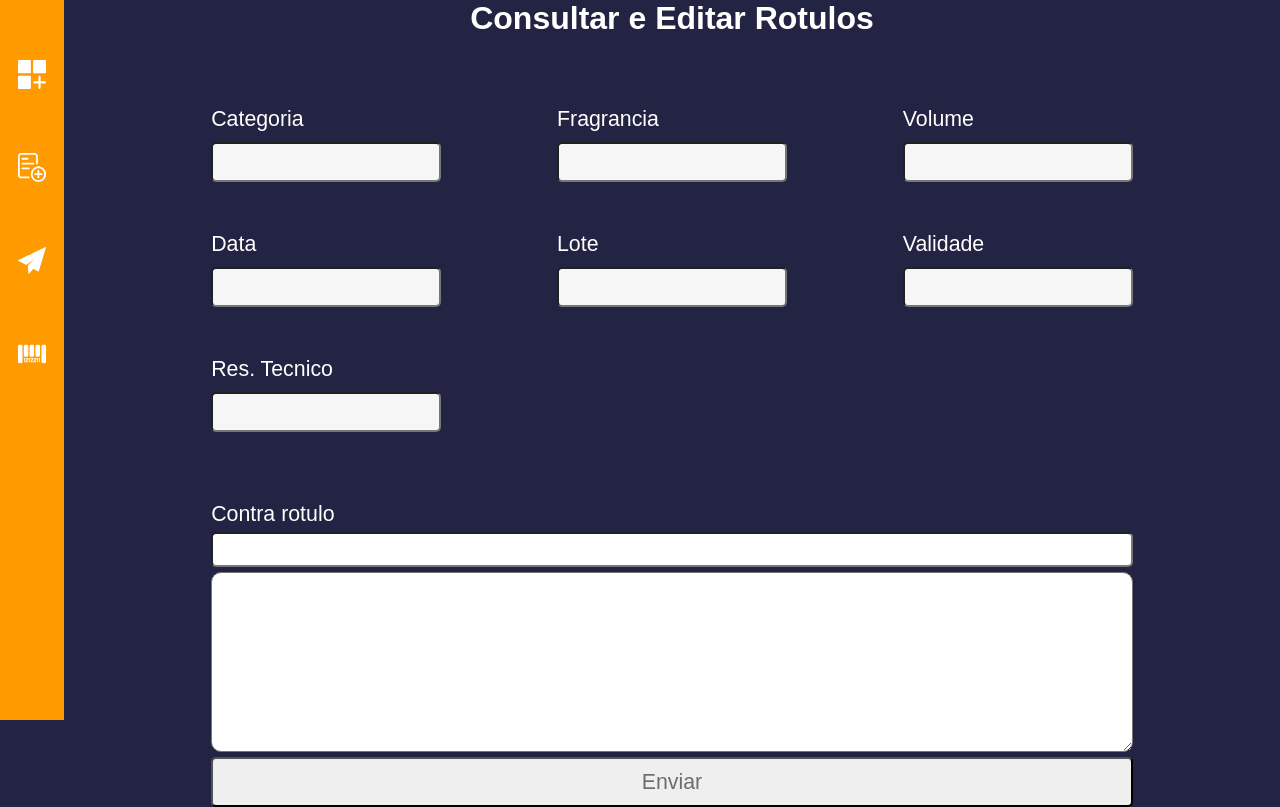
Repository: jeanjanrley/Organizador-de-rotulos
Page: /consultar
The author's editor kept a copy of each file at every save. The page is drawn from the files as they stood at one save, then again after the next save.
The browser window is 1280 px wide. The pictures show the whole page.
The project was rebuilt for these pictures with package versions that can differ from the ones it lists, and the page was loaded fresh each time. Also part of the build but not shown: src/pages/home/Home.js.

Above is the page before, as saved 2021-06-26 15:44:37.

After the next save:
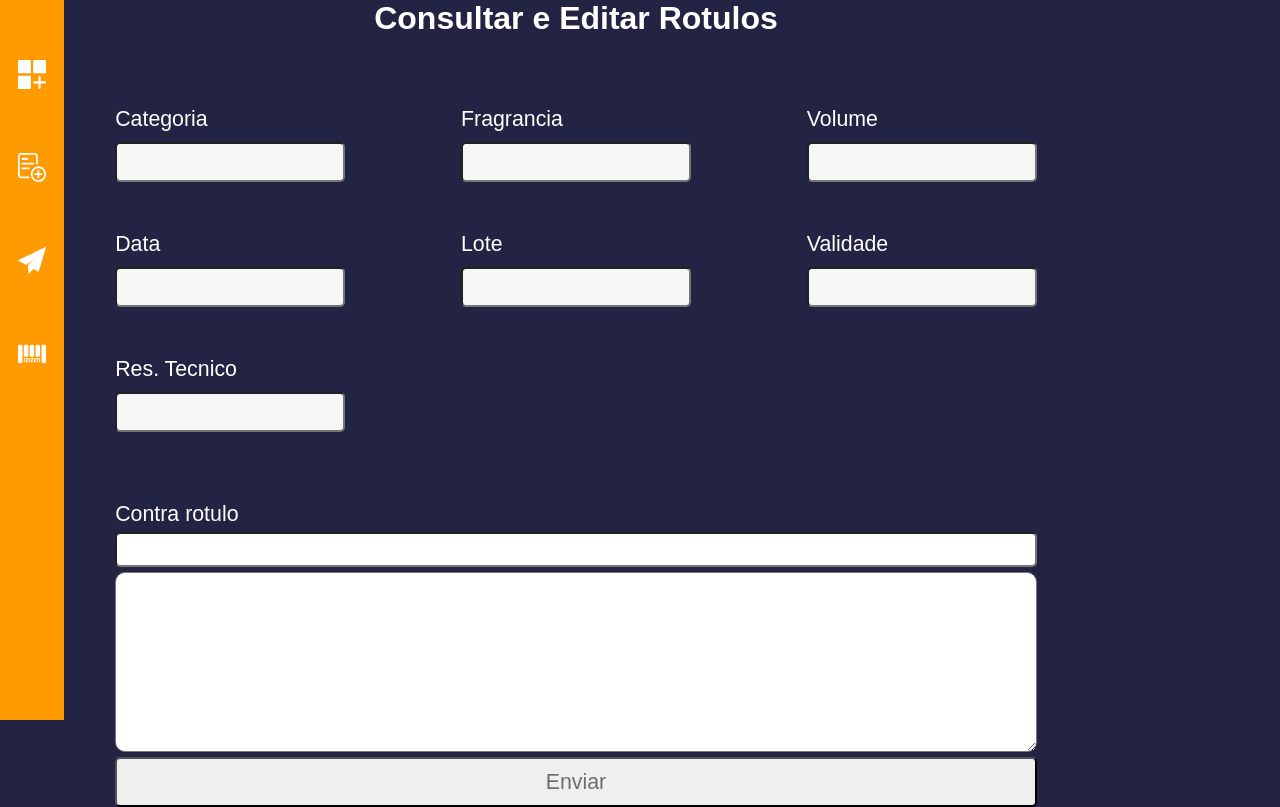
Saved 11 s later.
--- a/src/styles/global.scss
+++ b/src/styles/global.scss
@@ -34,7 +34,7 @@
 main{
     display: flex;
     flex-direction: column;
-    width: 95vw;
+    width: 80vw;
     height: 100%;
     justify-content: center;
     justify-items: center;

After the 3 saves that followed:
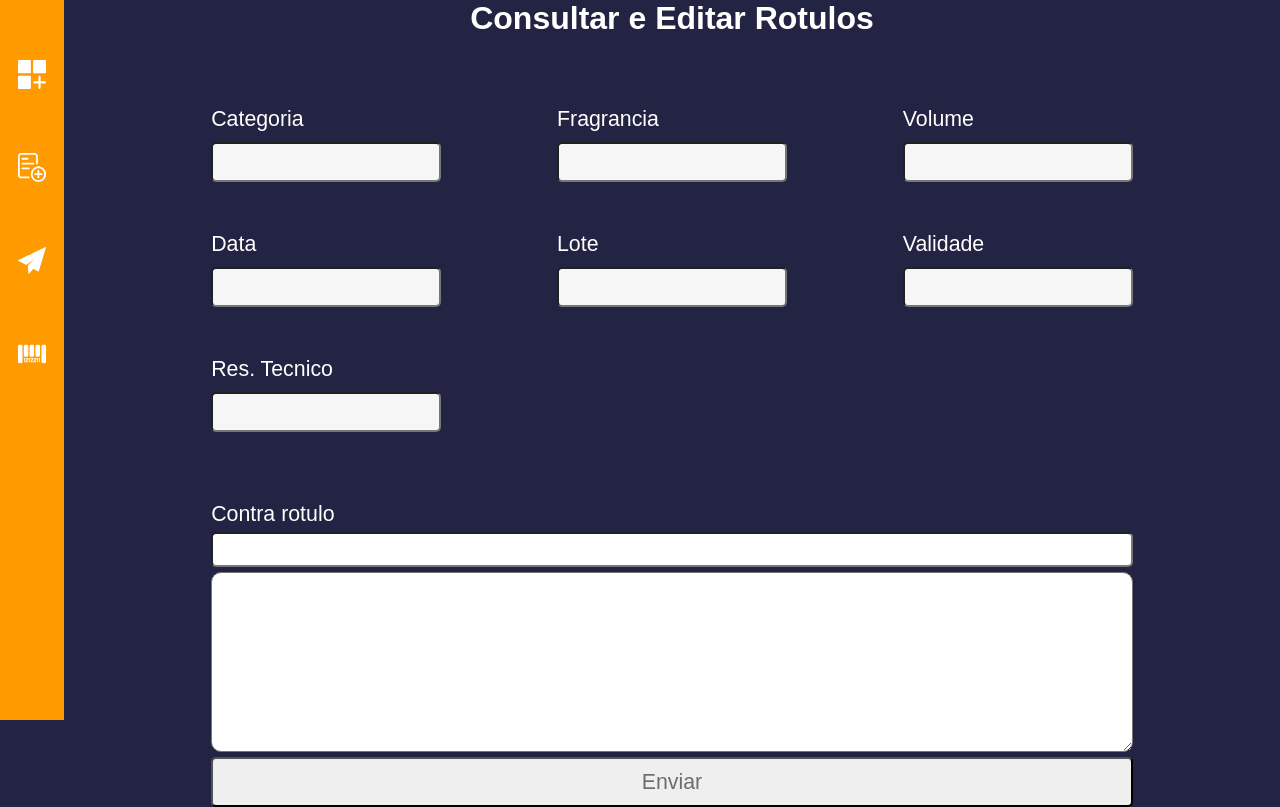
The 3 saves are shown as one change because 1 left the picture as it was and some came seconds apart.
The last was saved 30 s later.
--- a/src/styles/global.scss
+++ b/src/styles/global.scss
@@ -34,12 +34,11 @@
 main{
     display: flex;
     flex-direction: column;
-    width: 80vw;
+    width: 95vw;
     height: 100%;
     justify-content: center;
     justify-items: center;
     align-content: center;
     align-items: center;
-    overflow: scroll;
 
 }
